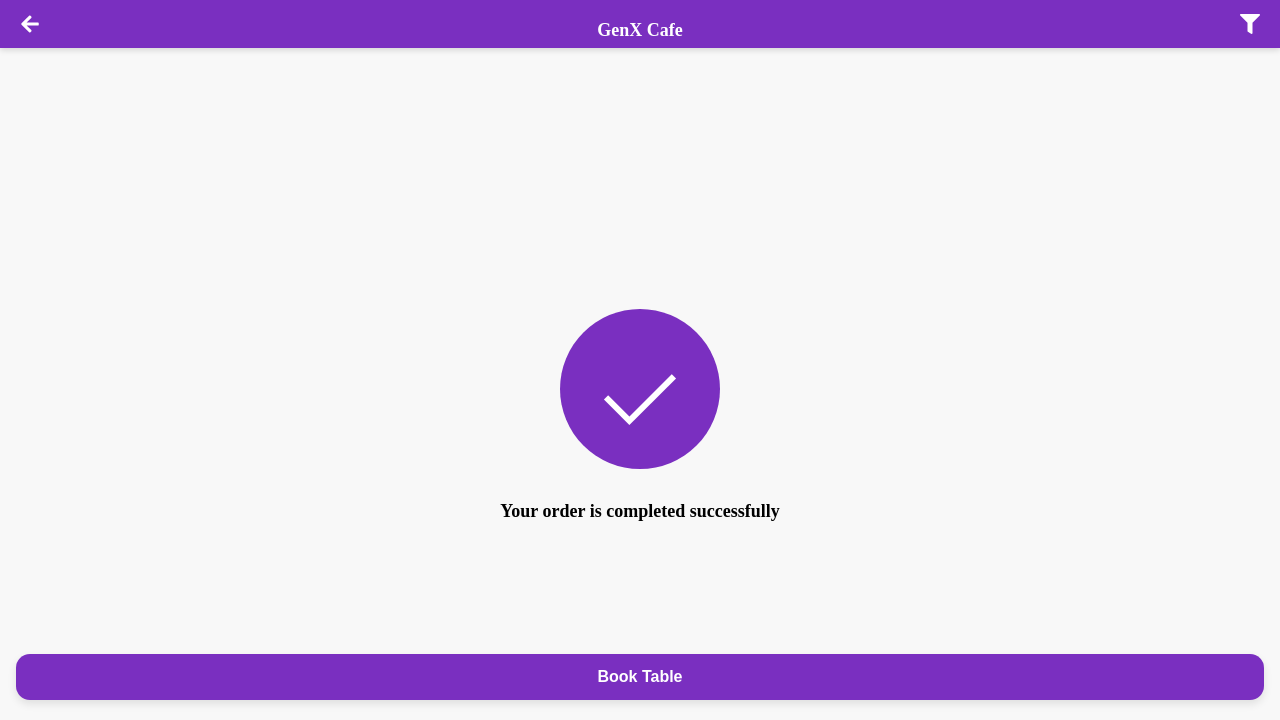
Repository: rajeshwaranslv/sturdy-spork-genx-frontend
Page: /success
The author's editor kept a copy of each file at every save. The page is drawn from the files as they stood at one save, then again after the next save.
The browser window is 1280 px wide. The pictures show the whole page.
The project was rebuilt for these pictures with package versions that can differ from the ones it lists, and the page was loaded fresh each time. Also part of the build but not shown: src/components/TableSelection.js, src/components/menu.css, src/components/MenuSelection.js, src/components/order.css, src/components/OrderReview.js, src/components/Billing.js.

Above is the page before, as saved 2025-07-16 17:15:59.

After the next save:
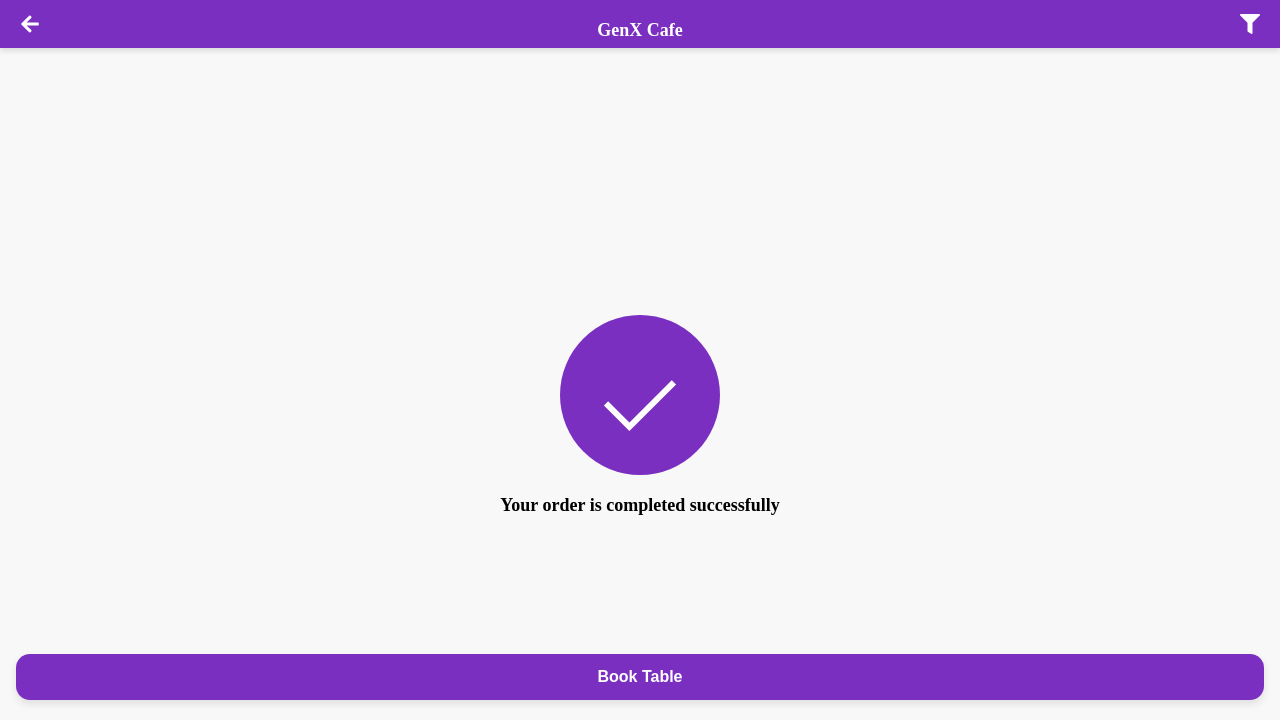
Saved 102 s later.
--- a/src/components/Success.js
+++ b/src/components/Success.js
@@ -1,7 +1,7 @@
 import React, { useEffect } from 'react';
 import { withRouter } from 'react-router-dom';
 import { updateTableStatus } from '../services/api';
-import { FaArrowLeft, FaFilter } from 'react-icons/fa'; // ✅ Import icons
+import { FaArrowLeft, FaFilter } from 'react-icons/fa';
 import './success.css';
 
 function Success({ history, location }) {
@@ -16,24 +16,27 @@ function Success({ history, location }) {
   }, [tableId]);
 
   return (
-<div className="container success-page">
-  <div className="header-bar">
-    <FaArrowLeft className="icon" onClick={() => history.push('/')} />
-    <h2 className='header-h2'>GenX Cafe</h2>
-    <FaFilter className="icon" />
-  </div>
+    <div className="success-page">
+      {/* ✅ Fixed Header */}
+      <div className="header-bar">
+        <FaArrowLeft className="icon" onClick={() => history.push('/')} />
+        <h2 className="header-h2">GenX Cafe</h2>
+        <FaFilter className="icon" />
+      </div>
 
-  <div className="checkmark-circle">
-    <div className="checkmark" />
-  </div>
+      {/* ✅ Main Body */}
+      <main className="success-body">
+        <div className="checkmark-circle">
+          <div className="checkmark" />
+        </div>
+        <h2>Your order is completed successfully</h2>
+      </main>
 
-  <h2>Your order is completed successfully</h2>
-
-  <button className="footer-btn" onClick={() => history.push('/')}>
-    Book Table
-  </button>
-</div>
-
+      {/* ✅ Fixed Footer Button */}
+      <button className="footer-btn" onClick={() => history.push('/')}>
+        Book Table
+      </button>
+    </div>
   );
 }
 
